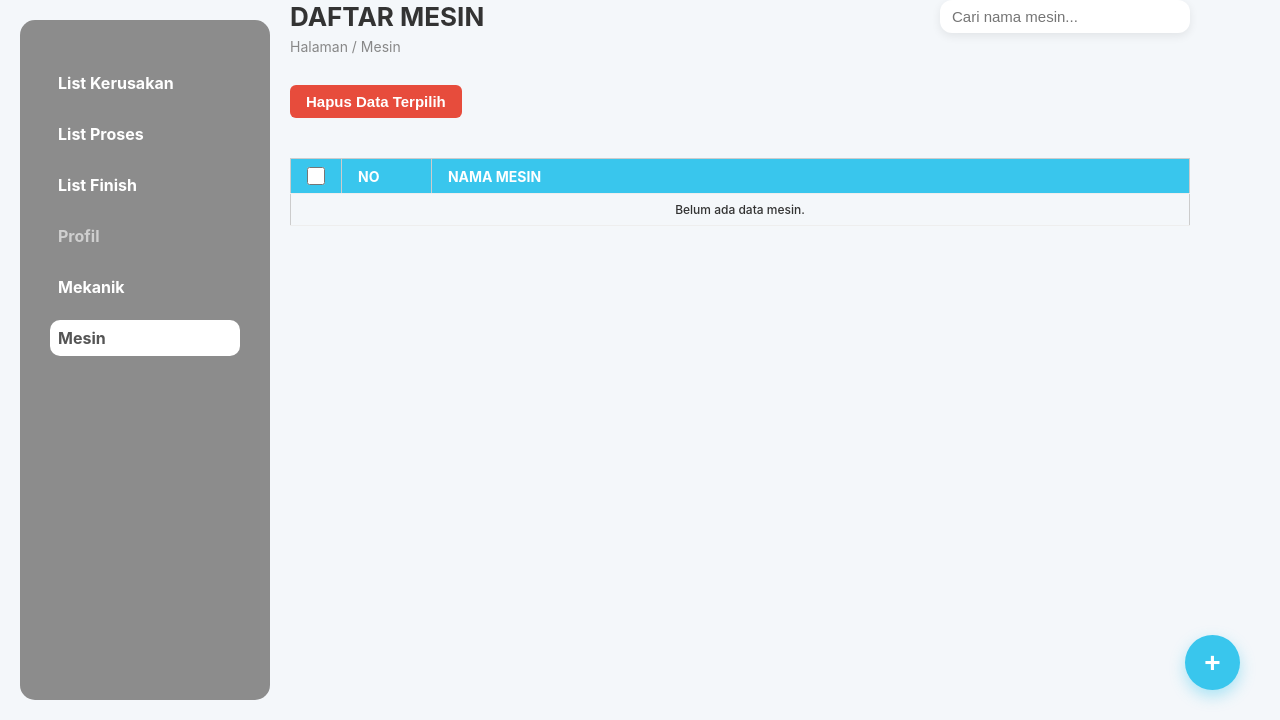
Repository: 1rHub/maintenance
Page: http://localhost/mesin.php
These files come from the project's save history. The page is drawn as it stood at one moment and after the next save; the edit follows.
The browser window is 1280 px wide. The pictures show the whole page.
The page is run by PHP 8.4 with error messages shown; the project is at /var/www/html/. Queries for data that is not in the repository find no rows.

Above is the page before, as saved 2025-10-28 15:58:06.

After the next save:
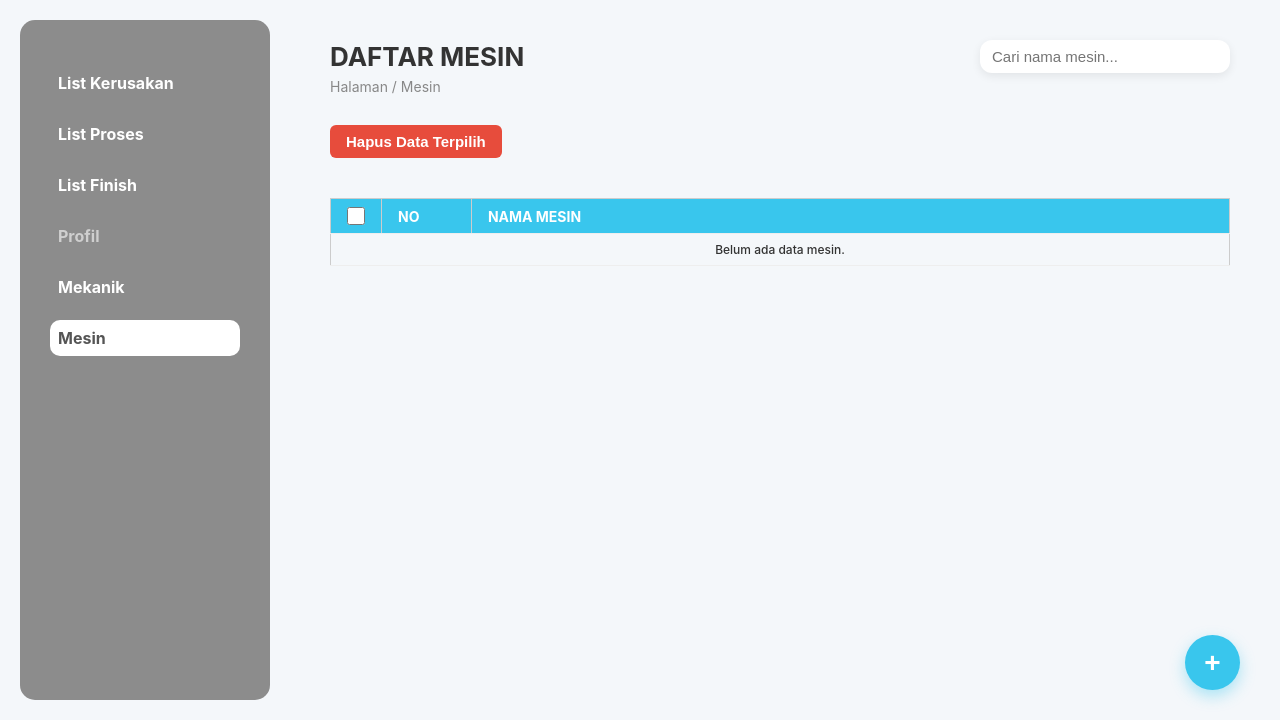
Saved 8 s later.
--- a/mesin.php
+++ b/mesin.php
@@ -36,7 +36,7 @@ $mesin_list = mysqli_fetch_all($result, MYSQLI_ASSOC);
 </head>
 
 <body>
-    <div class="main-container1">
+    <div class="main-container">
 
         <!-- === HEADER ROW === -->
         <div class="header-row">
